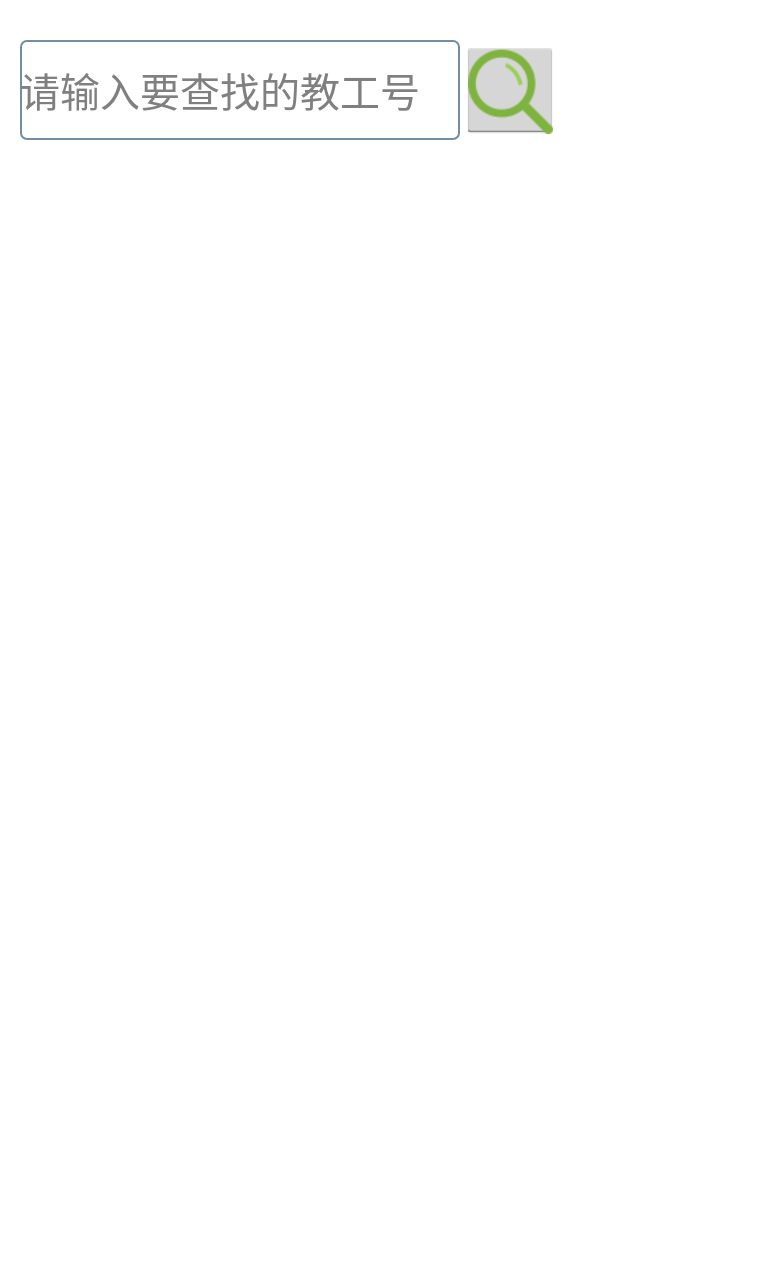
Repository: 15862175370/MyProject
Layout: 毕业设计系统源码_李伟/client/TeachSystem/res/layout/serchteacher.xml
These files come from the project's save history. The layout is drawn as it stood at one moment and after the next save; the edit follows.
It is drawn on a 768 x 1280 px phone screen (xhdpi) without system bars, with theme AppTheme; the app's code is not run. Lists and similar views that code fills are empty.

Above is the layout before, as saved 2016-05-20 10:18:56.

After the next save:
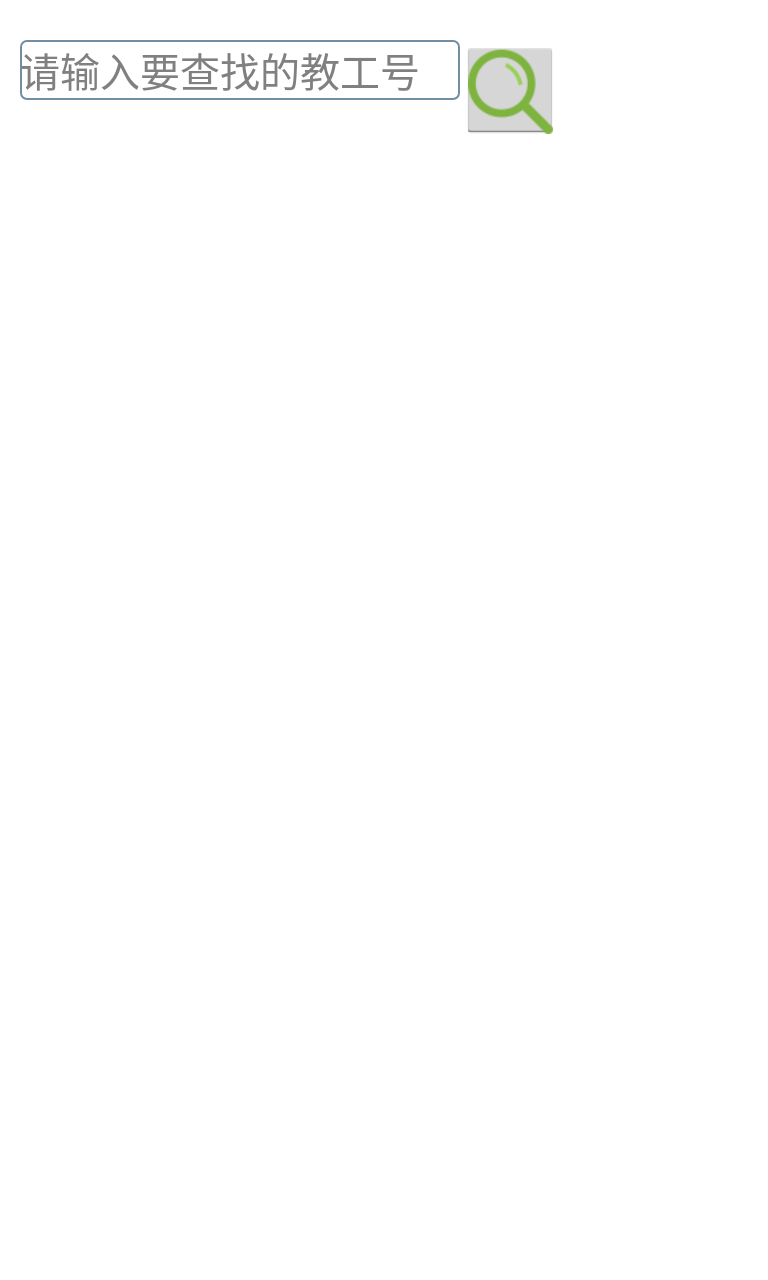
Saved 26 s later.
--- a/毕业设计系统源码_李伟/client/TeachSystem/res/layout/serchteacher.xml
+++ b/毕业设计系统源码_李伟/client/TeachSystem/res/layout/serchteacher.xml
@@ -17,7 +17,7 @@
             android:layout_marginLeft="10dp"
             android:id="@+id/myteacher_tname"
          android:layout_width="220dp"
-         android:layout_height="50dp"
+         android:layout_height="30dp"
           android:textSize="20dp"
          android:background="@drawable/biankuang"
             />
